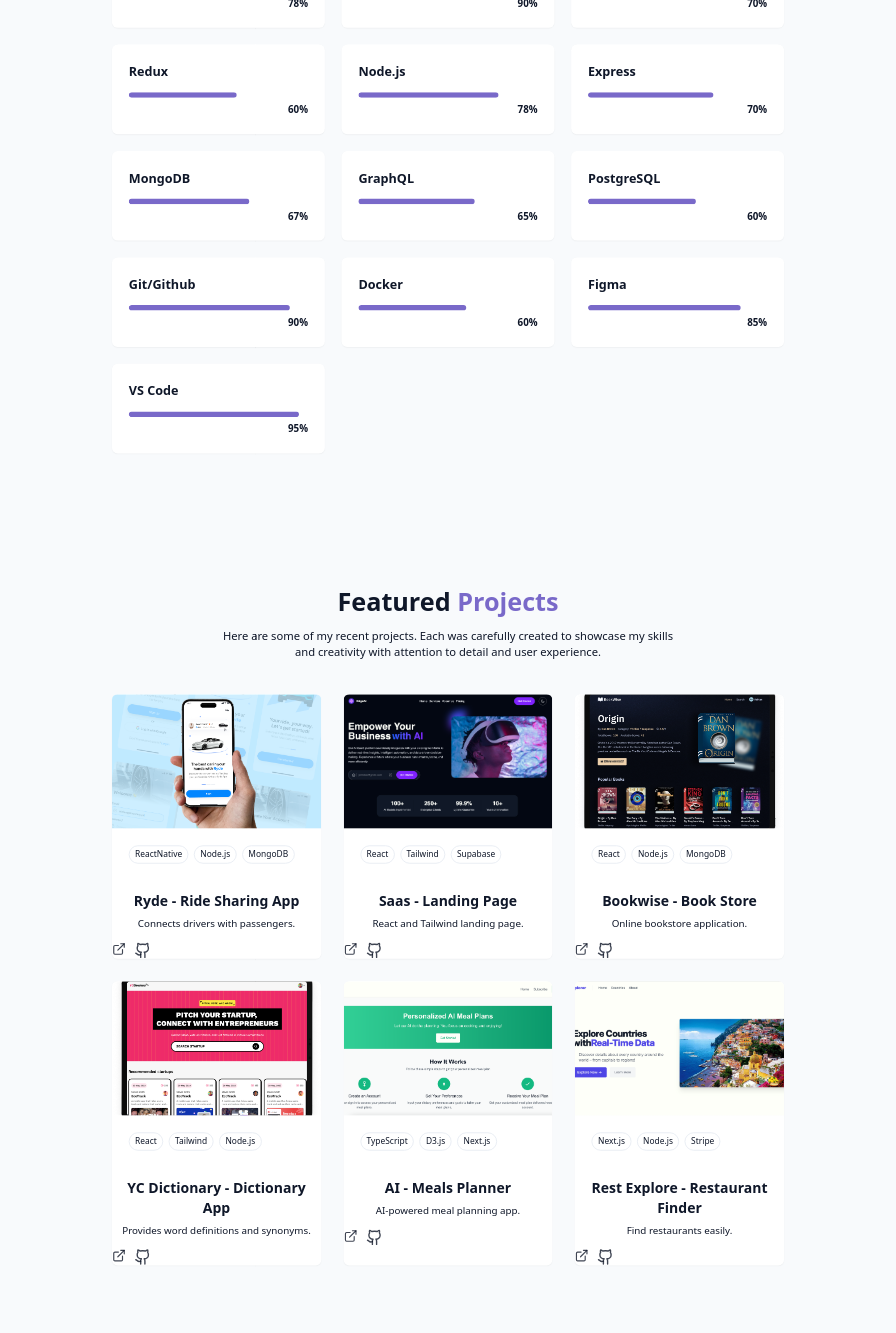
Repository: mOzariffard/Portfolio
Page: /
The author's editor kept a copy of each file at every save. The page is drawn from the files as they stood at one save, then again after the next save.
The browser window is 1280 px wide. The pictures show the part of the page from y = 2064 to 3984 px (the page is 3968 px tall before and 3984 px after), at 70% of full size.
The project was rebuilt for these pictures with package versions that can differ from the ones it lists, and the page was loaded fresh each time. Also part of the build but not shown: vite.config.js, src/pages/NotFound.jsx.

Above is the page before, as saved 2025-06-29 21:24:58.

### src/App.jsx
import  Home from "./pages/Home"
import { BrowserRouter, Route, Routes } from "react-router-dom"
import NotFound from "./pages/NotFound"


function App() {

  return (
    <>
    <BrowserRouter>
    <Routes>
      <Route index element={<Home />} />
      <Route path="*" element={<NotFound />} />
    </Routes>
    </BrowserRouter>
    </>
  )
}

export default App

### src/pages/Home.jsx
import React from 'react'
import ThemeToggle from '@/components/ThemeToggle'
import StartBackground from '@/components/StartBackground'
import Navbar from '@/components/Navbar'
import HeroSection from '@/components/HeroSection'
import AboutSection from '@/components/AboutSection'
import SkillsSection from '@/components/SkillsSection'
import ProjectSection from '@/components/ProjectSection'

const Home = () => {
  return (
    <div className='min-h-screen bg-background text-foreground overflow-x-hidden'>
        {/*----------------Theme Toggle----------------*/}
        <ThemeToggle />
        {/*----------------Background Effects----------------*/}
        <StartBackground/>
        {/*----------------Nav Bar----------------*/}
        <Navbar/>
        {/*----------------Main Content----------------*/}
        <main>
        <HeroSection />
        <AboutSection />
        <SkillsSection />
        <ProjectSection />
        </main>
        {/*----------------Footer----------------*/}


    </div>
  )
}

export default Home

### src/components/ThemeToggle.jsx
import React, { useEffect, useState } from 'react'
import { Sun, Moon } from 'lucide-react'
import { cn } from '@/lib/utils';
const ThemeToggle = () => {
    const [isDarkMode, setIsDarkMode]= useState(false);

    useEffect(()=>{
        const storedTheme= localStorage.getItem('theme');
        if(storedTheme=== 'dark'){
            setIsDarkMode(true);
            document.documentElement.classList.add('dark');
        }else{
            localStorage.setItem('theme', 'light');
            setIsDarkMode(false);
        }
    },[])
    const toggleTheme=()=>{
        if(isDarkMode){
            document.documentElement.classList.remove('dark');
            localStorage.setItem('theme', 'light');
            setIsDarkMode(false);
        }else{
            document.documentElement.classList.add('dark');
            localStorage.setItem('theme', 'dark');
            setIsDarkMode(true);
        }
    }
  return (
    <button onClick={toggleTheme} className={cn(
        "fixed max-sm:hidden top-5 right-5 z-50 p-2 rounded-full transition-colors duration-300",
        "focus:outline-hidden")}>
        {isDarkMode ? <Sun className='h-6 w-6 text-yellow-300'/> : <Moon className='h-6 w-6 text-blue-900' />}
    </button>
  )
}

export default ThemeToggle

### src/components/StartBackground.jsx
import React, { useEffect, useState } from 'react'

// START has
// ID , SIZE , X , Y , OPACITY , ANIMATION DURATION
// METEOR has
// ID , SIZE , X , Y , DELAY , DURATION

const StartBackground = () => {
    const [stars,setStars]=useState([]);
    const [meteors,setMeteors]=useState([]);

    useEffect(()=>{
        generateStars();
        generateMeteors();

        const handleResize = ()=>{
            generateStars();
        };

        window.addEventListener('resize', handleResize);

        return ()=> window.removeEventListener('resize', handleResize);

    },[])

    const generateStars = () =>{
        const numbersOfStars = Math.floor(window.innerWidth * window.innerHeight /10000);

        const newStars=[];

        for(let i=0; i<numbersOfStars; i++){
            newStars.push({
                id: i,
                size: Math.random()* 3 + 1,
                x: Math.random()*100 ,
                y:  Math.random()*100,
                opacity: Math.random()*0.5 +0.5 ,
                animationDuration: Math.random()*4+2 ,
            });
        }

        setStars(newStars);
    };

    const generateMeteors = () =>{
        const numbersOfMeteors = 4;

        const newMeteors=[];

        for(let i=0; i<numbersOfMeteors; i++){
            newMeteors.push({
                id: i,
                size: Math.random()* 2 + 1,
                x: Math.random()* 100 ,
                y:  Math.random()* 20,
                delay: Math.random()* 15 ,
                animationDuration: Math.random()*3+3 ,
            });
        }

        setMeteors(newMeteors);
    };


  return (
    <div className='fixed inset-0 overflow-hidden pointer-events-none z-0 '>
        {stars.map((star)=>(
            <div
            key={star.id}
                className='star animate-pluse-subtle' style={{
                width:`${star.size}px` ,
                height: `${star.size}px`,
                left: `${star.x}%`,
                top: `${star.y}%`,
                opacity:`${star.opacity}` ,
                animationDuration: `${star.animationDuration}s`
            }} />
        ))}

        {meteors.map((meteor)=>(
            <div
            className='meteor animate-meteor'
            key={meteor.id}
            style={{
                width: `${meteor.size* 50}px`,
                height: `${meteor.size * 2}px`,
                left: `${meteor.x}%`,
                top: `${meteor.y}%`,
                animationDelay: `${meteor.delay}`,
                animationDuration: `${meteor.duration}s`
            }}
            />
        ))}
    </div>
  )
}

export default StartBackground

### src/components/Navbar.jsx
import React, { useState, useEffect } from 'react';
import { cn } from '@/lib/utils';
import { X , Menu } from 'lucide-react';

const navItems = [
    { name: 'Home', href: '#hero' },
    { name: 'About', href: '#about' },
    { name: 'Skills', href: '#skills' },
    { name: 'Project', href: '#project' },
    { name: 'Contact', href: '#contact' },
];

const Navbar = () => {
    const [isScrolled, setIsScrolled] = useState(false);
    const [isMenuOpen, setIsMenuOpen] = useState(false);

    useEffect(() => {
        const handleScroll = () => {
            setIsScrolled(window.scrollY > 10);
        };

        window.addEventListener('scroll', handleScroll);

        return () => window.removeEventListener('scroll', handleScroll);
    }, []);

    return (
        <nav
            className={cn(
                'fixed w-full z-40 transition-all duration-300',
                isScrolled ? 'py-3 bg-background/80 backdrop-blur-md shadow-xs' : 'py-6'
            )}
        >
            <div className="container flex items-center justify-between">
                <a href="#hero" className="text-xl font-bold text-primary flex items-center">
                    <span className="relative z-10">
                        <span className="text-glow text-foreground">mOzariffard</span> Portfolio
                    </span>
                </a>

                {/* DESKTOP NAV */}
                <div className="hidden md:flex space-x-6">
                    {navItems.map((item, key) => (
                        <a
                            key={key}
                            href={item.href}
                            className="text-foreground/80 hover:text-primary transition-colors duration-300"
                        >
                            {item.name}
                        </a>
                    ))}
                </div>

                {/* MOBILE NAV */}
                <button onClick={() => setIsMenuOpen((prev)=> !prev)}
                className='md:hidden p-2 text-foreground z-50'
                aria-label={!isMenuOpen ? 'Close Menu': 'Open Menu'}
                >
                {isMenuOpen ? <X size={24} /> : <Menu size={24} />}
                </button>

                <div
                    className={cn(
                        'fixed inset-0 bg-background/90 backdrop-blur-md z-40 flex flex-col items-center justify-center',
                        'transition-all duration-300 md:hidden',
                        isMenuOpen ? 'opacity-100 pointer-events-auto' : 'opacity-0 pointer-events-none'
                    )}
                >
                    <div className="flex flex-col space-y-8 text-xl">
                        {navItems.map((item, key) => (
                            <a
                                key={key}
                                href={item.href}
                                className="text-foreground/80 hover:text-primary transition-colors duration-300"
                                onClick={() => setIsMenuOpen(false)}
                            >
                                {item.name}
                            </a>
                        ))}
                    </div>
                </div>
            </div>
        </nav>
    );
};

export default Navbar;

### src/components/HeroSection.jsx
import { ArrowDown } from 'lucide-react'
import React from 'react'

const HeroSection = () => {
  return (
    <section className='relative min-h-screen flex flex-col items-center justify-center px-4'>
        <div className='container max-w-4xl mx-auto text-center z-10'>
            <div className='space-y-6'>
                <h1 className='text-4xl md:text-6xl font-bold tracking-tight'>
                <span className='opacity-0 animate-fade-in' >Hi, I'm</span>
                <span className='text-primary opacity-0 animate-fade-in-delay-1'> Reza</span>
                <span className='text-gradient ml-2 opacity-0 animate-fade-in-delay-2'> Zariffard</span>
                </h1>
                <p className='text-lg md:text-xl text-muted-foreground max-2-2xl mx-auto opacity-0 animate-fade-in-delay-3'>
                    I create steller web experiences with modern technologies.
                    Specializing in front-end development, I build intesfacet
                    that are both beautiful and functional.
                </p>
                <div className='pt-4 opacity-0 animate-fade-in-delay-4'>
                    <a href="#projects" className='cosmic-button'> View My Work</a>
                </div>
            </div>
        </div>

        <div className='absolute bottom-8 left-1/2 transform -translate-x-1/2 flex flex-col items-center animate-bounce'>
        <span className='text-sm text-muted-forgeround mb-2'> Scroll</span>
        <ArrowDown className='h-5 w-5 text-primary'/>
        </div>
    </section>
  )
}

export default HeroSection

### src/components/SkillsSection.jsx
import React, { useState, useEffect } from 'react'
import {cn} from '@/lib/utils';
import CountUp from 'react-countup';

const skills = [
  // Frontend Skills
  {name: 'HTML/CSS', level: 95, category: 'frontend'},
  {name: 'JavaScript', level: 95, category: 'frontend'},
  {name: 'React', level: 80, category: 'frontend'},
  {name: 'TypeScript', level: 78, category: 'frontend'},
  {name: 'Tailwind CSS', level: 90, category: 'frontend'},
  {name: 'Next.js', level: 70, category: 'frontend'},
  {name: 'Redux', level: 60, category: 'frontend'},
  // Backend Skills
  {name: 'Node.js', level: 78, category: 'backend'},
  {name: 'Express', level: 70, category: 'backend'},
  {name: 'MongoDB', level: 67, category: 'backend'},
  {name: 'GraphQL', level: 65, category: 'backend'},
  {name: 'PostgreSQL', level: 60, category: 'backend'},
  // Tools Skills
  {name: 'Git/Github', level: 90, category: 'tools'},
  {name: 'Docker', level: 60, category: 'tools'},
  {name: 'Figma', level: 85, category: 'tools'},
  {name: 'VS Code', level: 95, category: 'tools'},
];

const categories = ['all', 'frontend', 'backend', 'tools'];

// Individual Skill Item Component
const SkillItem = ({ skill, index, isVisible }) => {
  const [animatedWidth, setAnimatedWidth] = useState(0);

  useEffect(() => {
    if (isVisible) {
      // Small delay for staggered animation
      const timer = setTimeout(() => {
        setAnimatedWidth(skill.level);
      }, index * 100);

      return () => clearTimeout(timer);
    } else {
      setAnimatedWidth(0);
    }
  }, [isVisible, skill.level, index]);

  return (
    <div className='bg-card p-6 rounded-lg shadow-xs card-hover'>
      <div className='text-left mb-4'>
        <h3 className='font-semibold text-lg'>{skill.name}</h3>
      </div>

      {/* SKILLS PROGRESS BAR */}
      <div className='w-full bg-secondary/50 h-2 rounded-full overflow-hidden'>
        <div
          className='bg-primary h-2 rounded-full origin-left transition-all duration-2000 ease-out'
          style={{
            width: `${animatedWidth}%`,
            transitionDelay: `${index * 100}ms`
          }}
        />
      </div>

      <div className='text-right mt-1'>
        <span className='text-sm font-semibold text-muted-foreground'>
          {isVisible ? (
            <CountUp
              end={skill.level}
              duration={2.5}
              delay={index * 0.1}
            />
          ) : 0}%
        </span>
      </div>
    </div>
  );
};

const SkillsSection = () => {
  const [activeCategory, setActiveCategory] = useState('all');
  const [isVisible, setIsVisible] = useState(false);

  const filteredSkills = skills.filter((skill) =>
    activeCategory === 'all' || skill.category === activeCategory
  );

  useEffect(() => {
    // Trigger animation when component mounts or category changes
    setIsVisible(false);
    const timer = setTimeout(() => {
      setIsVisible(true);
    }, 100);

    return () => clearTimeout(timer);
  }, [activeCategory]);

  return (
    <section id='skills' className='py-24 px-4 relative bg-secondary/30'>
      {/* CONTAINER OF SKILLS */}
      <div className='container mx-auto max-w-5xl'>
        <h2 className='text-3xl md:text-4xl font-bold mb-12 text-center'>
          My <span className='text-primary'> Skills </span>
        </h2>

        {/* CATEGORIES OF SKILLS */}
        <div className='flex flex-wrap justify-center gap-4 mb-12'>
          {categories.map((category, index) => (
            <button
              key={index}
              onClick={() => setActiveCategory(category)}
              className={cn(
                'px-5 py-2 rounded-full transition-colors duration-300 capitalize',
                activeCategory === category
                  ? 'bg-primary text-primary-foreground'
                  : 'bg-secondary/70 text-foreground hover:bg-secondary'
              )}
            >
              {category}
            </button>
          ))}
        </div>

        {/* ITEMS OF SKILLS */}
        <div className='grid grid-cols-1 sm:grid-cols-2 lg:grid-cols-3 gap-6'>
          {filteredSkills.map((skill, index) => (
            <SkillItem
              key={`${skill.name}-${activeCategory}`}
              skill={skill}
              index={index}
              isVisible={isVisible}
            />
          ))}
        </div>
      </div>
    </section>
  )
}

export default SkillsSection

### src/components/ProjectSection.jsx
import React, { useEffect, useRef } from 'react';
import { gsap } from 'gsap';
import { ScrollTrigger } from 'gsap/ScrollTrigger';
import { ExternalLink, Github } from 'lucide-react';

gsap.registerPlugin(ScrollTrigger);

const projects = [
    {
        id: 1,
        title: 'Ryde - Ride Sharing App',
        description: 'Connects drivers with passengers.',
        image: '/images/project1.png',
        tag: ['ReactNative', 'Node.js', 'MongoDB'],
        demoUrl: "#",
        gitHubUrl: "#"
    },
    {
        id: 2,
        title: 'Saas - Landing Page',
        description: 'React and Tailwind landing page.',
        image: '/images/project2.png',
        tag: ['React', 'Tailwind', 'Supabase'],
        demoUrl: "#",
        gitHubUrl: "#"
    },
    {
        id: 3,
        title: 'Bookwise - Book Store',
        description: 'Online bookstore application.',
        image: '/images/project3.png',
        tag: ['React', 'Node.js', 'MongoDB'],
        demoUrl: "#",
        gitHubUrl: "#"
    },
    {
        id: 4,
        title: 'YC Dictionary - Dictionary App',
        description: 'Provides word definitions and synonyms.',
        image: '/images/project4.png',
        tag: ['React', 'Tailwind', 'Node.js'],
        demoUrl: "#",
        gitHubUrl: "#"
    },
    {
        id: 5,
        title: 'AI - Meals Planner',
        description: 'AI-powered meal planning app.',
        image: '/images/project5.png',
        tag: ['TypeScript', 'D3.js', 'Next.js' ],
        demoUrl: "#",
        gitHubUrl: "#"
    },
    {
        id: 6,
        title: 'Rest Explore - Restaurant Finder',
        description: 'Find restaurants easily.',
        image:'/images/project6.png',
        tag: ['Next.js', 'Node.js', 'Stripe'],
        demoUrl: "#",
        gitHubUrl: "#"
    }
];

const ProjectSection = () => {
    const imageRefs = useRef([]);

    useEffect(() => {
        // Animate all images with ScrollTrigger
        imageRefs.current.forEach((card, index) => {
            gsap.fromTo(
                card,
                { y: 50, opacity: 0 },
                {
                    y: 0,
                    opacity: 1,
                    duration: 0.5,
                    delay: 0.3 * (index + 1),
                    scrollTrigger: {
                        trigger: card,
                        start: "top 80%",
                    },
                }
            );
        });

        // Animate all images with stagger effect
        gsap.fromTo(
            imageRefs.current,
            { opacity: 0, y: 50, scale: 0.8 },
            {
                opacity: 1,
                y: 0,
                scale: 1,
                duration: 1,
                stagger: 0.2,
                ease: "power1.out"
            }
        );
    }, []);

    return (
        <section id="projects" className='py-24 px-4 relative'>
            {/* HEADER OF PROJECT */}
            <div className='container mx-auto max-w-5xl'>
                <h2 className='text-3xl md:text-4xl font-bold mb-4 text-center'>
                    Featured <span className='text-primary'>Projects</span>
                </h2>

                <p className='text-center text-muted-foreground mb-12 max-w-2xl mx-auto'>
                    Here are some of my recent projects. Each was carefully created to showcase
                    my skills and creativity with attention to detail and user experience.
                </p>

                <div className='grid sm:grid-cols-1 md:grid-cols-2 lg:grid-cols-3 gap-8'>
                    {projects.map((project, index) => (
                        <div key={index} className='group bg-card rounded-lg overflow-hidden shadow-xs card-hover'>
                            <div className='h-48 overflow-hidden'>
                                <img
                                    src={project.image}
                                    alt={project.title}
                                    ref={(el) => imageRefs.current[index] = el}
                                    className='w-full h-full object-cover transition-transform duration-500 group-hover:scale-110'
                                />
                            </div>
                            <div className='p-6 '>
                                <div className='flex flex-wrap gap-2 mb-4'>
                                    {project.tag.map((tag)=>(
                                        <span className='px-2 py-1 text-xs border  hover:bg-primary/85   font-medium rounded-full bg-secondary text-secondary-foreground '>
                                            {tag}
                                        </span>
                                    ))}
                                </div>
                            </div>

                            <h3 className='text-xl font-semibold mb-2'> {project.title} </h3>
                            <p className='text-muted-foreground text-sm mb-4'>
                                {project.description}
                            </p>

                            <div className='flex justify-between items-center'>
                                <div className='flex space-x-3'>
                                    <a href={project.demoUrl} className='text-foreground/80 hover:text-primary transition-colors duration-300' >
                                        <ExternalLink size={20} />
                                    </a>
                                    <a href={project.gitHubUrl} className='text-foreground/80 hover:text-primary transition-colors duration-300'>
                                        <Github />
                                    </a>

                                </div>
                            </div>
                        </div>
                    ))}
                </div>
            </div>
        </section>
    );
};

export default ProjectSection;

Loaded but not shown: index.html (common file); src/main.jsx (common file); src/index.css (common file); src/lib/utils.js (8 lines, source omitted); src/components/AboutSection.jsx (127 lines, source omitted)

After the next save:
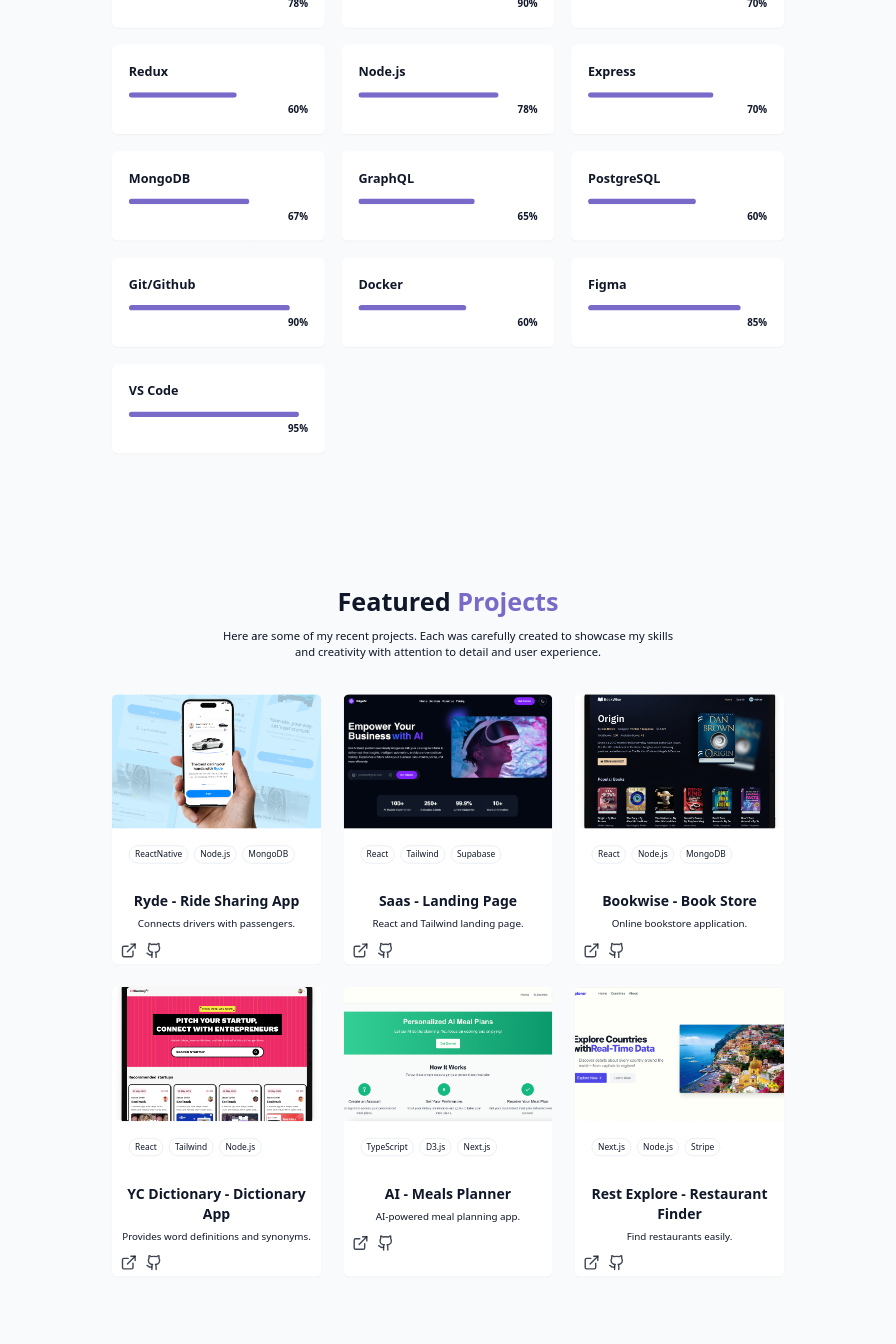
Saved 7 s later.
--- a/src/components/ProjectSection.jsx
+++ b/src/components/ProjectSection.jsx
@@ -138,10 +138,10 @@ const ProjectSection = () => {
                                 {project.description}
                             </p>
 
-                            <div className='flex justify-between items-center'>
+                            <div className='flex justify-between items-center ml-3 mb-2'>
                                 <div className='flex space-x-3'>
                                     <a href={project.demoUrl} className='text-foreground/80 hover:text-primary transition-colors duration-300' >
-                                        <ExternalLink size={20} />
+                                        <ExternalLink />
                                     </a>
                                     <a href={project.gitHubUrl} className='text-foreground/80 hover:text-primary transition-colors duration-300'>
                                         <Github />
